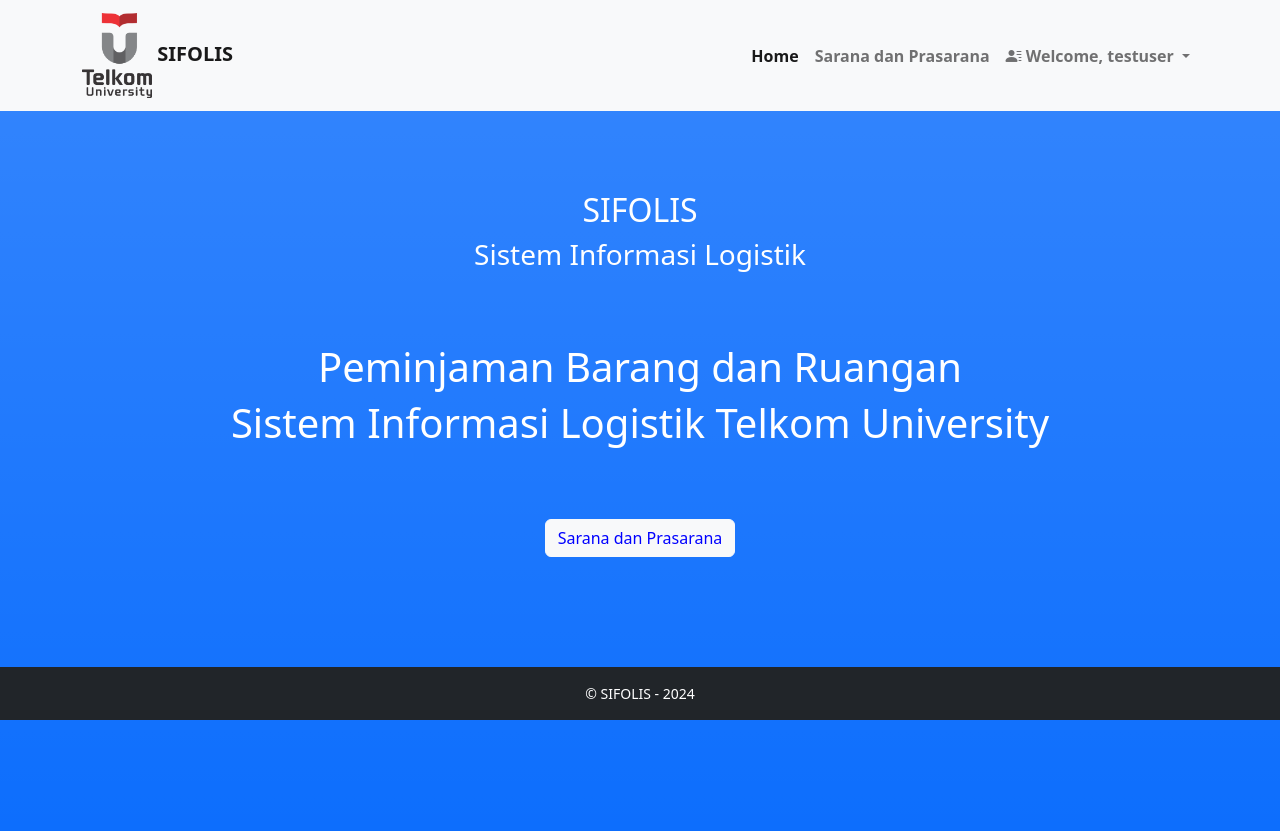
Repository: Audi87/uas_framework
Page: http://localhost/
These files come from the project's save history. The page is drawn as it stood at one moment and after a run of saves; the edit follows.
The browser window is 1280 px wide. The pictures show the whole page.
Some web libraries are served in a nearby version. The page is served by the project's Laravel application, run on PHP 8.4 with Laravel 10. A made-up administrator, Test User (test@example.com), is signed in. Other server files are loaded and not shown.

Above is the page before, as saved 2024-06-13 21:02:38.

### routes/web.php
<?php

use App\Http\Controllers\{
    BarangController, ContactController, CustumerController, DataPeminjamanController, HistoryController,
    Home, LoginController, PeminjamanController, ProfilController, RegistrasiController,
    SaranaDanPrasaranaController, AdminController
};
use Illuminate\Support\Facades\Route;


Route::get('/', [Home::class, 'index'])->middleware('auth');

Route::get('/login', [LoginController::class, 'index'])->name('login')->middleware('guest');
Route::post('/login', [LoginController::class, 'login']);
Route::post('/logout', [LoginController::class, 'logout']);

Route::get('/registrasi', [RegistrasiController::class, 'index'])->middleware('guest');
Route::post('/registrasi', [RegistrasiController::class, 'registrasi']);

Route::get('/dashboard', function() {
    return view('dashboard.index', ['title' => 'Dashboard Admin']);
})->middleware('admin');

Route::get('/profil/{user:id}', [ProfilController::class, 'index'])->middleware('auth');

Route::get('/sarana dan prasarana', [SaranaDanPrasaranaController::class, 'index'])->middleware('auth');
Route::resource('/sarana-prasarana', BarangController::class)->middleware('admin');

Route::get('/peminjaman/{barang:id}', [PeminjamanController::class, 'index'])->middleware('auth');
Route::post('/peminjaman/{barang:id}', [PeminjamanController::class, 'peminjaman'])->middleware('auth');

Route::get('/history/{user:id}', [HistoryController::class, 'index'])->middleware('auth');

Route::get('/kembalikan/{id}', [PeminjamanController::class, 'kembalikan'])->middleware('auth');
Route::get('/detail-peminjaman/{id}', [PeminjamanController::class, 'detailPeminjaman'])->middleware('auth');

Route::get('/category/{id}', [SaranaDanPrasaranaController::class, 'category'])->middleware('auth');

Route::get('/custumer', [CustumerController::class, 'index'])->middleware('admin');
Route::get('/custumer/{user:id}', [CustumerController::class, 'detail'])->middleware('admin');

Route::get('/data-peminjaman', [DataPeminjamanController::class, 'index'])->middleware('admin');
Route::get('/data-peminjaman/{id}', [DataPeminjamanController::class, 'detail'])->middleware('admin');

Route::get('/contact', [ContactController::class, 'index'])->middleware('auth');

### app/Models/User.php
<?php

namespace App\Models;

// use Illuminate\Contracts\Auth\MustVerifyEmail;
use Illuminate\Database\Eloquent\Factories\HasFactory;
use Illuminate\Foundation\Auth\User as Authenticatable;
use Illuminate\Notifications\Notifiable;
use Laravel\Sanctum\HasApiTokens;

class User extends Authenticatable
{
    use HasApiTokens, HasFactory, Notifiable;

    /**
     * The attributes that are mass assignable.
     *
     * @var array<int, string>
     */
    // protected $fillable = [
    //     'name',
    //     'email',
    //     'password',
    // ];

    /**
     * The attributes that should be hidden for serialization.
     *
     * @var array<int, string>
     */
    protected $hidden = [
        'password',
        'remember_token',
    ];

    /**
     * The attributes that should be cast.
     *
     * @var array<string, string>
     */
    protected $casts = [
        'email_verified_at' => 'datetime',
    ];

    protected $guarded = ['id'];

    public function peminjaman(){
        return $this->belongsTo(Peminjaman::class);
    }
}

### app/Http/Controllers/Home.php
<?php

namespace App\Http\Controllers;

use Illuminate\Http\Request;

class Home extends Controller
{
    //function untuk menampilkan view home
    public function index(){
        return view('index', [
            'title' => 'Home'
        ]);
    }
}

### resources/views/index.blade.php
<!doctype html>
<html lang="en">

<head>
    <meta charset="utf-8">
    <meta name="viewport" content="width=device-width, initial-scale=1">
    <title>{{ $title }}</title>

    <link href="https://cdn.jsdelivr.net/npm/bootstrap@5.2.0/dist/css/bootstrap.min.css" rel="stylesheet"
        integrity="sha384-gH2yIJqKdNHPEq0n4Mqa/HGKIhSkIHeL5AyhkYV8i59U5AR6csBvApHHNl/vI1Bx" crossorigin="anonymous">

    {{-- Styel Css Home --}}
    <link rel="stylesheet" href="/css/style.css">

    {{-- Link Icons Bootstrap --}}
    <link rel="stylesheet" href="https://cdn.jsdelivr.net/npm/bootstrap-icons@1.9.1/font/bootstrap-icons.css">

    {{-- Link Animtion Aos --}}
    <link rel="stylesheet" href="https://unpkg.com/aos@next/dist/aos.css" />

</head>

<body>

    @include('navbar.navbar')

    <div class="container-fluid bg-primary bg-gradient" id="container-fluid">
        <div class="container1">

            <div class="row py-3 text-center">
                <div class="col-lg-4 offset-lg-4 col-md-6 offset-md-3 col-sm-8 offset-sm-2 col-12 mt-3">
                    @if (session()->has('success'))
                        {{-- Alert --}}
                        <div class="alert alert-success" role="alert">
                            <strong>{{ session('success') }}</strong>
                        </div>
                        {{-- End alert --}}
                    @endif
                </div>
            </div>

            <div class="row py-3 text-center text-white">
                <div class="col-lg-12 mt-3">
                    <h2>SIFOLIS</h2>
                    <h3>Sistem Informasi Logistik</h3>
                </div>
            </div>



            <div class="row text-white text-center d-flex justify-content-center mt-5">
                <div class="col-lg-8">
                    <h1>Peminjaman Barang dan Ruangan<h1>
                            <n>Sistem Informasi Logistik Telkom University
                        </h1>
                        </n>
                </div>
            </div>

            <div class="row py-3 text-center mt-5" data-aos="flip-left" data-aos-duration="2000">
                <div class="col-lg-12">
                    <a href="sarana dan prasarana" class="btn btn-light ">Sarana dan Prasarana</a>
                </div>
            </div><br><br><br><br><br><br>

        </div>
    </div>

    @include('footer.footer')

    <script src="https://cdn.jsdelivr.net/npm/bootstrap@5.2.0/dist/js/bootstrap.bundle.min.js"
        integrity="sha384-A3rJD856KowSb7dwlZdYEkO39Gagi7vIsF0jrRAoQmDKKtQBHUuLZ9AsSv4jD4Xa" crossorigin="anonymous">
    </script>

    {{-- Link Jquery --}}
    <script src="js/jquery.js"></script>

    {{-- Link Script Js --}}
    <script src="js/script.js"></script>

    <script src="https://unpkg.com/aos@next/dist/aos.js"></script>
    <script>
        AOS.init();
    </script>

</body>

</html>

### resources/views/navbar/navbar.blade.php
{{-- Navbar --}}
<nav class="navbar navbar-expand-lg bg-light navbar-light">
    <div class="container">
        <a class="navbar-brand" href="/"><img src="img/logo.png" width="70" alt="" data-aos="flip-left"
                data-aos-duration="2000"> SIFOLIS </a>
        <button class="navbar-toggler" type="button" data-bs-toggle="collapse" data-bs-target="#navbarNav"
            aria-controls="navbarNav" aria-expanded="false" aria-label="Toggle navigation">
            <span class="navbar-toggler-icon"></span>
        </button>
        <div class="collapse navbar-collapse" id="navbarNav">
            <ul class="navbar-nav ms-auto">
                <li class="nav-item">
                    <a class="nav-link {{ Request::is('/') ? 'active' : '' }}" aria-current="page"
                        href="/">Home</a>
                </li>
                <li class="nav-item">
                    <a class="nav-link {{ Request::is('sarana dan prasarana') ? 'active' : '' }}" aria-current="page"
                        href="/sarana dan prasarana">Sarana dan Prasarana</a>
                </li>

                @auth
                    <li class="nav-item dropdown">
                        <a class="nav-link dropdown-toggle" href="#" role="button" data-bs-toggle="dropdown"
                            aria-expanded="false">
                            <i class="bi bi-person-lines-fill"></i> Welcome, {{ auth()->user()->username }}
                        </a>
                        <ul class="dropdown-menu">
                            @can('admin')
                                <li><a class="dropdown-item" href="/dashboard">Dashboard Admin</a></li>
                            @endcan
                            <li><a class="dropdown-item" href="/history/{{ auth()->user()->id }}">Peminjaman</a></li>
                            <li><a class="dropdown-item" href="/contact">Contact Us</a></li>
                            <li><a class="dropdown-item" href="/profil/{{ auth()->user()->id }}"><i
                                        class="bi bi-person-lines-fill"></i> My Profil</a></li>
                            <li>
                                <hr class="dropdown-divider">
                            </li>
                            {{-- Form Logout --}}
                            <form action="/logout" method="post">
                                @csrf
                                <button type="submit" class="dropdown-item"
                                    onclick="return confirm('sure want to go out?')"><i class="bi bi-box-arrow-in-left"></i>
                                    Logout</button>
                            </form>
                            {{-- End From --}}
                        </ul>
                    </li>
                @else
                    <li class="nav-item">
                        <a class="nav-link {{ Request::is('login') ? 'active' : '' }}" href="/login"><i
                                class="bi bi-box-arrow-in-right"></i> Login</a>
                    </li>
                @endauth

            </ul>
        </div>
    </div>
</nav>
{{-- End Navbar --}}

### resources/views/footer/footer.blade.php
<div class="container">
    <!-- Konten Halaman di sini -->
</div>
<div class="fixed-bottom">
<footer class="container-fluid bg-dark text-white text-center">
    <div class="container1">
        <div class="row">
            <div class="col-lg-12">
                <small><p class="mt-3">&copy; SIFOLIS - 2024</p></small>
            </div>
        </div>
    </div>
    </div>
</footer>

### public/css/style.css
html, body {
    height: 100%;
    margin: 0;
    background-size: cover;
    background-position: center;
    background-repeat: no-repeat;
}

.container-fluid {
    min-height: 100%; /* Pastikan kontainer memiliki tinggi minimal 100% dari tinggi viewport */
    height: ;
}

nav ul li {
    font-weight: bold;
}

nav a {
    font-weight: bold;
}

nav ul li:hover {
    background-color: orangered;

    border-radius: 17px;

}

nav {
    position: absolute;
    z-index: 1000;
}

.container {
    display: flex;
    justify-content: flex-end;
    margin-left: auto;
}

.icon-container {
    display: flex;
    gap: 10px; /* Optional: Adds space between the images */
    align-items: center; /* Optional: Aligns images vertically if they are of different sizes */
}

.full-height {
    min-height: 100vh; /* 100% dari tinggi viewport */
}

.btn{
    color: blue;
}

### public/js/script.js
$(document).ready(function(){


    window.setTimeout(function(){
        $('.alert').fadeTo(300, 0).slideUp(300, function(){
            $(this).remove();
        });
    }, 4000);

    // Js Show password
    $('#flexCheckDefault').click(function(){
        if($(this).is(':checked')){
            $('#password').attr('type', 'text')
        }else{
            $('#password').attr('type', 'password')
        }
    });

});

Loaded but not shown: app/Http/Controllers/Controller.php (common file); public/js/jquery.js (library)

After the next 2 saves:
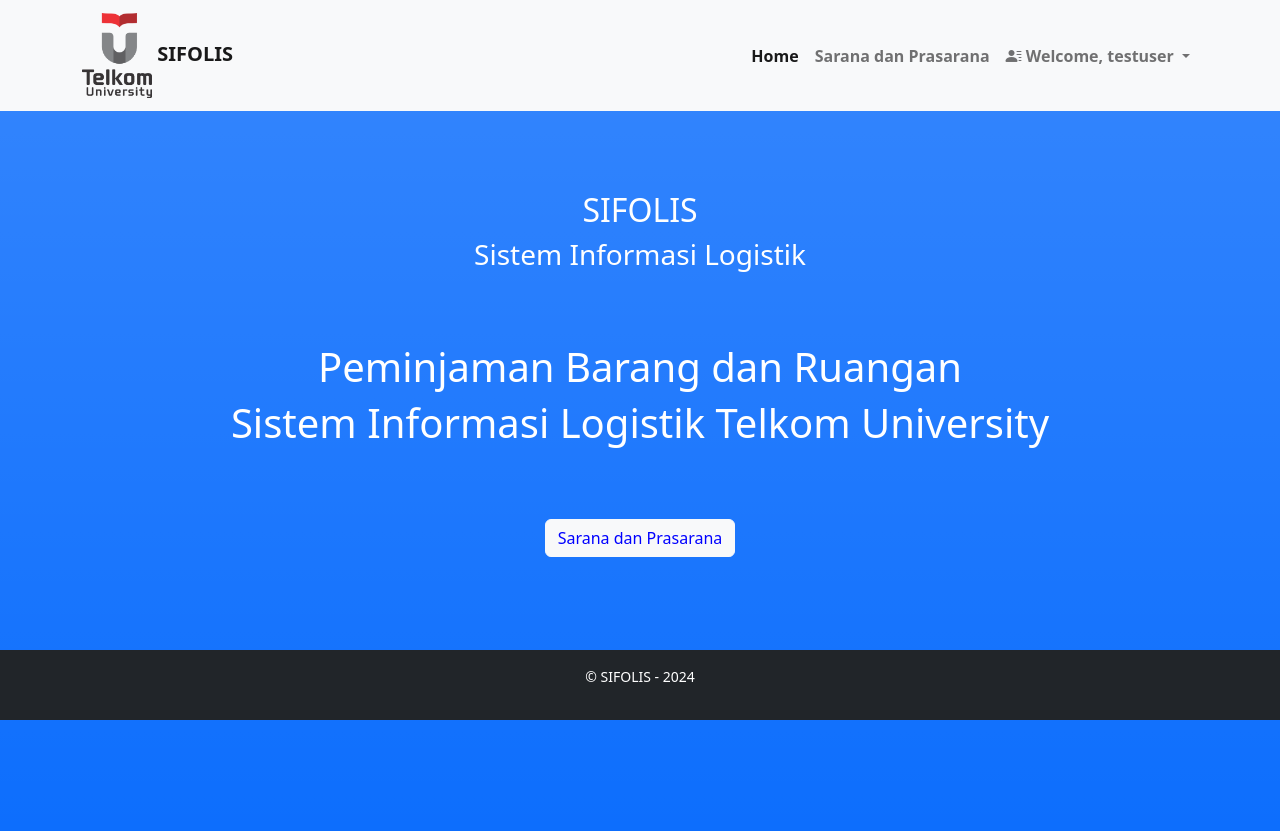
The 2 saves are shown as one change because they came seconds apart.
The last was saved 15 s later.
--- a/public/css/style.css
+++ b/public/css/style.css
@@ -8,7 +8,7 @@
 
 .container-fluid {
     min-height: 100%; /* Pastikan kontainer memiliki tinggi minimal 100% dari tinggi viewport */
-    height: ;
+    height: 70px;
 }
 
 nav ul li {
